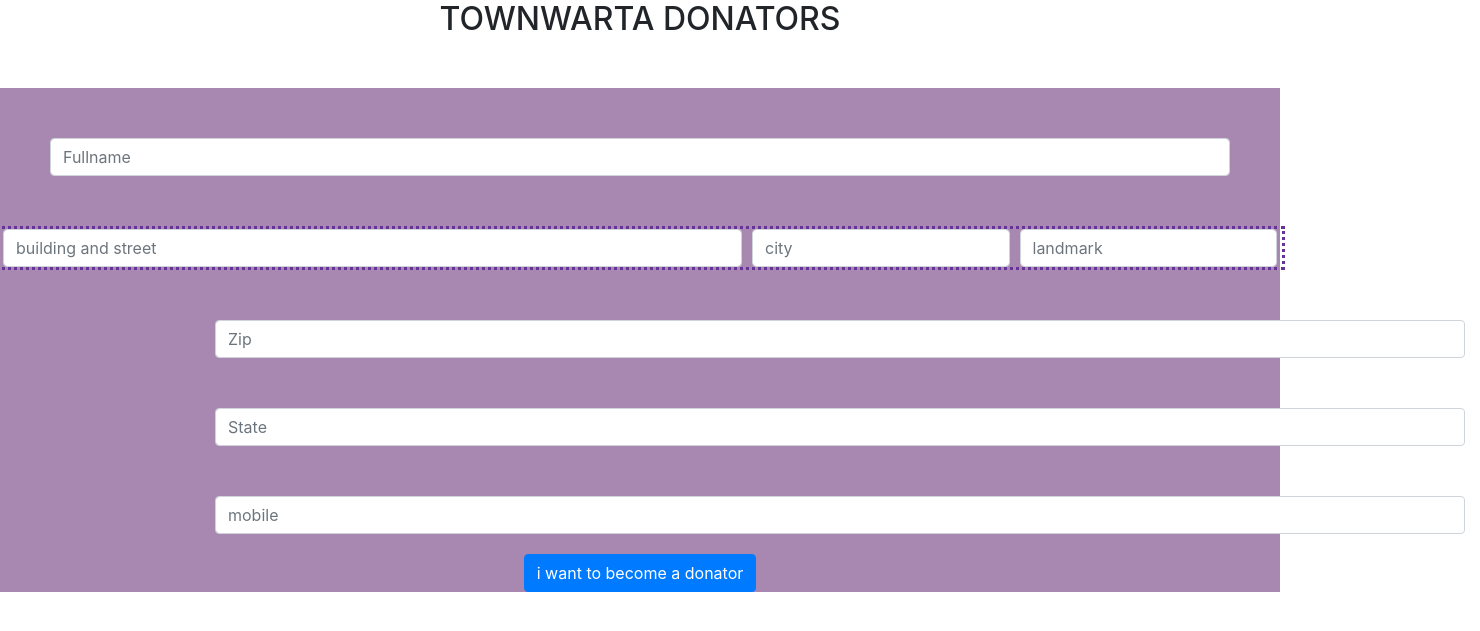
Repository: shivanand1988-28-06/townwarta
Page: http://localhost/donator/donator
These files come from the project's save history. The page is drawn as it stood at one moment and after the next save; the edit follows.
The browser window is 1280 px wide. The page is 1480 px wide, so the pictures cover 1480 px, including what lies to the right of the window. The pictures show the whole page.
The page is served by the project's Node server (Townwarta.js). Other server files are loaded and not shown.

Above is the page before, as saved 2022-08-30 23:08:21.

### views/articles/donator.ejs

<!DOCTYPE html>
<html lang="en">
<head>
  <meta charset="UTF-8">
  <meta name="viewport" content="width=device-width, initial-scale=1.0">
  <link rel="stylesheet" href="https://maxcdn.bootstrapcdn.com/bootstrap/4.0.0/css/bootstrap.min.css" integrity="sha384-Gn5384xqQ1aoWXA+058RXPxPg6fy4IWvTNh0E263XmFcJlSAwiGgFAW/dAiS6JXm" crossorigin="anonymous">
  <meta http-equiv="X-UA-Compatible" content="ie=edge">
  <title>TOWNWARTA</title>
</head>
<body>
    <h2 style = "text-align : center ">TOWNWARTA DONATORS</h2>
    <form style = "background-color: rgb(168, 135, 177);" >
        <div class="col" style = "margin-top: 50px ; padding:50px ">
            <input type="text" name = "name" id = "name"class="form-control" placeholder="Fullname">
          </div>
        <div class="form-row" style = "border: 3px rebeccapurple dotted;">

          <div class="col-7">
            <input type="text"name = "street" class="form-control" placeholder="building and street">
          </div>
          <div class="col">
            <input type="text" name = "city" class="form-control" placeholder="city">
          </div>
          <div class="col">
            <input type="text" name = "landmark"class="form-control" placeholder="landmark">
          </div>

        </div>
        <div class="col" style = "margin : 50px 200px ; ">
            <input type="number" name = "zip" class="form-control" placeholder="Zip">
          </div>

        <div class="col" style = "margin : 50px 200px">
            <input type="text" name = "state" class="form-control" placeholder="State">
          </div>
          <div class="col" style = "margin : 10px 200px ">
            <input type="number" name = "mobile" class="form-control" placeholder="mobile">
          </div>
        <div style = "text-align: center; margin-top: 20px;">
            <button type="submit" class="btn btn-primary">i want to become a donator</button>
        </div>
      </form>
</body>

### Townwarta.js

require("dotenv").config();
const express = require("express");
const mongoose = require("mongoose");
const articleRouter = require("./routes/articles");
const userRouter = require("./routes/user");
const connectDB = require("./db/connect");
const app = express();
const Article= require("./models/article");
const methodOverride = require("method-override")
const port = process.env.PORT || 3000
const path = require("path");
const donatorRouter = require("./routes/donator")

app.set("views" , path.join(__dirname , "views"))
app.set("view engine", "ejs");
// app.use(express.json());
 app.use(express.urlencoded({extended:false}));
app.use(express.static(path.join(__dirname, "public")));
app.use(methodOverride("_method"));

  app.get("/", async (req,res)=>{
    const articles = await Article.find();
    res.render("articles/index" , {articles:articles});
  });

  app.use("/" , userRouter);

app.use("/articles" , articleRouter );

app.use("/donator" , donatorRouter)
console.log(Article)


const start = async () =>{

try{

    await connectDB( process.env.MONGO_URI );
    app.listen(port,()=>{ console.log(`app is running over port ${port}`)});

}catch(error) {

    console.log(error);

}

}

start();

### routes/donator.js
const express = require("express");
const donatorRouter = express.Router();
const Donator = require("../models/donator");



donatorRouter.post("/donator", async(req,res) => {
    let {name , createdAt , address} = req.body ;
    let donator = await Donator.create({name : name , createdAt : createdAt , address : address});

} );

donatorRouter.get("/donator" , (req,res)=>{
    res.render("articles/donator");
})

module.exports = donatorRouter

After the next save:
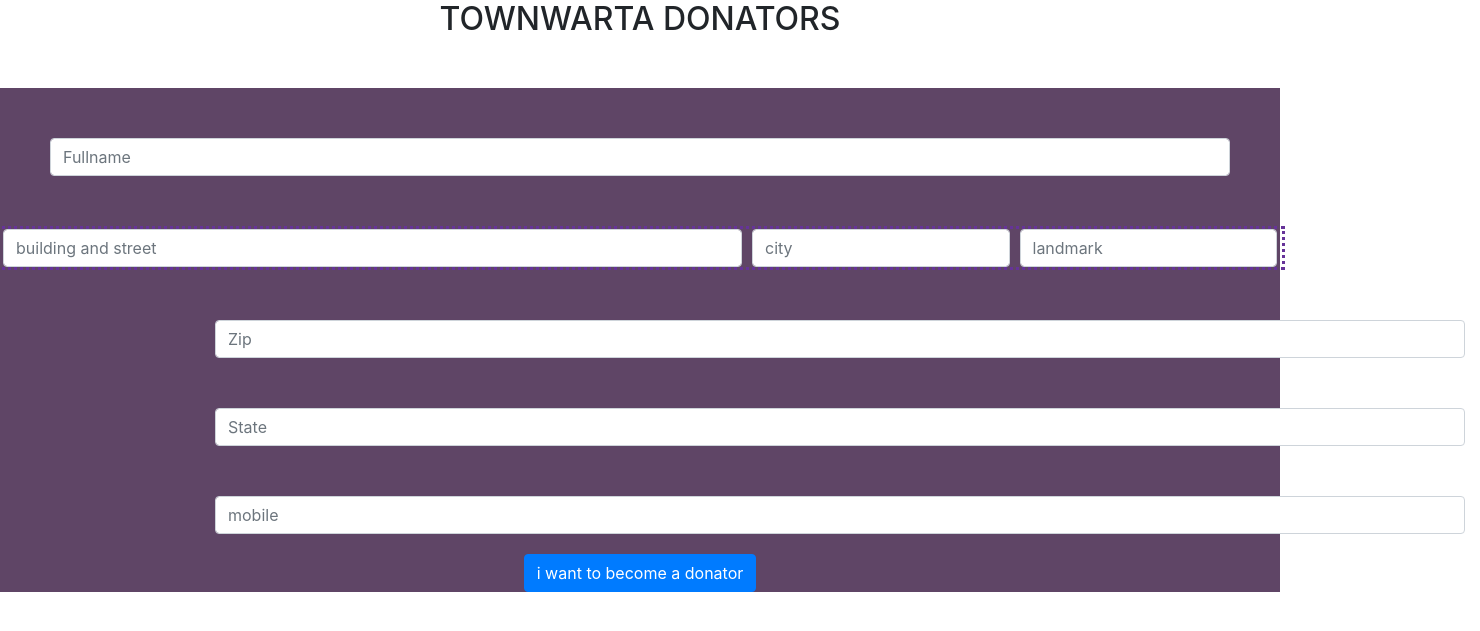
Saved 10 s later.
--- a/views/articles/donator.ejs
+++ b/views/articles/donator.ejs
@@ -10,7 +10,7 @@
 </head>
 <body>
     <h2 style = "text-align : center ">TOWNWARTA DONATORS</h2>
-    <form style = "background-color: rgb(168, 135, 177);" >
+    <form style = "background-color: rgb(95, 69, 102);" >
         <div class="col" style = "margin-top: 50px ; padding:50px ">
             <input type="text" name = "name" id = "name"class="form-control" placeholder="Fullname">
           </div>
